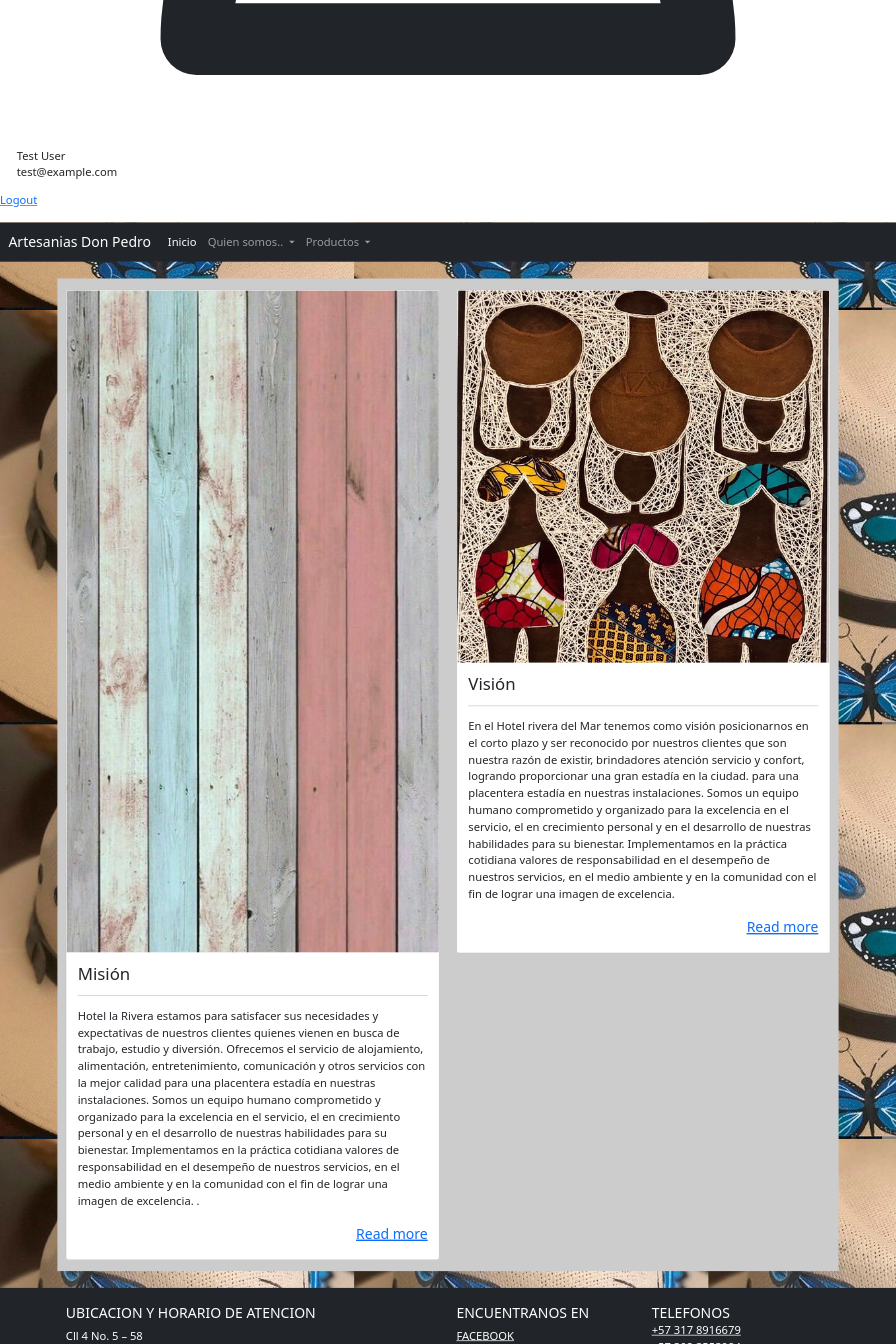
Repository: PG210/taller_artesania
Page: http://localhost/arte/mision
An editor plug-in stored every save of this project. The page is shown before and after the next save, followed by the edit.
The browser window is 1280 px wide. The pictures show the part of the page from y = 2517 to 4437 px (the page is 4589 px tall), at 70% of full size.
The page is served by the project's Laravel application, run on PHP 8.4 with Laravel 8. A made-up administrator, Test User (test@example.com), is signed in. Other server files are loaded and not shown.

Above is the page before, as saved 2021-01-14 15:11:23.

### routes/web.php
<?php

use Illuminate\Support\Facades\Route;
use App\Http\Controllers\Productos;

/*
|--------------------------------------------------------------------------
| Web Routes
|--------------------------------------------------------------------------
|
| Here is where you can register web routes for your application. These
| routes are loaded by the RouteServiceProvider within a group which
| contains the "web" middleware group. Now create something great!
|
*/

Route::get('/', function () {
    return view('welcome');
});
//ruta mision vision
Route::get('arte/vision', function () {
    return view('arte.vision');
});
//histortia
Route::get('arte/historia', function () {
    return view('arte.historia');
});
Route::get('arte/mision', function () {
    return view('arte.mision');
});

//ubicacion
Route::get('arte/ubicacion', function () {
    return view('arte.ubicacion');
});
//productos
Route::get('/productos', [Productos::class, 'index']);

Route::get('/dashboard', function () {
    return view('dashboard');
})->middleware(['auth'])->name('dashboard');

require __DIR__.'/auth.php';

### resources/views/arte/mision.blade.php

<body  style="background-color:#ccc" background="../img/6.jpg" style="background-repeat: no-repeat;   background-size: cover;">

    @extends('layouts.app')
@section('content')




<div class="container">

<div class="row">

    <!--tarjeta 1 mision hotel-->
  <div class="col-lg-6"  style="background-color:#ccc">

    <p><!-- Card Dark -->
        <div class="card">

          <!-- Card image -->
          <div class="view overlay">
            <img class="card-img-top" src="../img/3.jpg"
              alt="Card image cap">
            <a>
              <div class="mask rgba-white-slight"></div>
            </a>
          </div>

          <!-- Card content -->
          <div class="card-body elegant-color white-text rounded-bottom">

            <!-- Social shares button -->
            <a class="activator waves-effect mr-4"><i class="fas fa-share-alt white-text"></i></a>
            <!-- Title -->
            <h4 class="card-title">Misión</h4>
            <hr class="hr-light">
            <!-- Text -->
            <p class="card-text white-text mb-4">


                Hotel la Rivera estamos para satisfacer sus necesidades  y expectativas de nuestros clientes quienes vienen en busca de trabajo, estudio y diversión. Ofrecemos el servicio de alojamiento, alimentación, entretenimiento, comunicación y otros servicios con la mejor calidad para una placentera estadía en nuestras instalaciones.
                Somos un equipo humano comprometido y organizado para la excelencia en el servicio, el en crecimiento personal y en el desarrollo de nuestras habilidades para su bienestar.
                 Implementamos  en la práctica cotidiana valores de responsabilidad en el desempeño de nuestros  servicios, en el medio ambiente y en la comunidad con el fin de lograr una imagen de excelencia.
                 .</p>
            <!-- Link -->
            <a href="#!" class="white-text d-flex justify-content-end">
              <h5>Read more <i class="fas fa-angle-double-right"></i></h5>
            </a>

          </div>

        </div>
        <!-- Card Dark --></p>
  </div>



  <!--tarjeta dos vision-->
  <div class="col-lg-6"  style="background-color:#ccc">

    <p><!-- Card Dark -->
        <div class="card">

          <!-- Card image -->
          <div class="view overlay">
            <img class="card-img-top" src="../img/4.jpg"
              alt="Card image cap">
            <a>
              <div class="mask rgba-white-slight"></div>
            </a>
          </div>

          <!-- Card content -->
          <div class="card-body elegant-color white-text rounded-bottom">

            <!-- Social shares button -->
            <a class="activator waves-effect mr-4"><i class="fas fa-share-alt white-text"></i></a>
            <!-- Title -->
            <h4 class="card-title">Visión</h4>
            <hr class="hr-light">
            <!-- Text -->
            <p class="card-text white-text mb-4">
                En el Hotel rivera del Mar tenemos como visión posicionarnos en el corto plazo  y ser reconocido por nuestros clientes que son nuestra razón de existir, brindadores atención servicio y confort, logrando proporcionar una gran estadía en la ciudad.
                para una placentera estadía en nuestras instalaciones.
                Somos un equipo humano comprometido y organizado para la excelencia en el servicio, el en crecimiento personal y en el desarrollo de nuestras habilidades para su bienestar.
                Implementamos  en la práctica cotidiana valores de responsabilidad en el desempeño de nuestros  servicios, en el medio ambiente y en la comunidad con el fin de lograr una imagen de excelencia.
                 </p>
            <!-- Link -->
            <a href="#!" class="white-text d-flex justify-content-end">
              <h5>Read more <i class="fas fa-angle-double-right"></i></h5>
            </a>

          </div>

        </div>
        <!-- Card Dark --></p>
  </div>
</div>
</div>




</div>
@stop

</body>

### resources/views/layouts/app.blade.php
<!DOCTYPE html>
<html lang="{{ str_replace('_', '-', app()->getLocale()) }}">
    <head>
        <meta charset="utf-8">
        <meta name="viewport" content="width=device-width, initial-scale=1">
        <meta name="csrf-token" content="{{ csrf_token() }}">

        <title>{{ config('app.name', 'Laravel') }}</title>

        <!-- Fonts -->
        <link rel="stylesheet" href="https://fonts.googleapis.com/css2?family=Nunito:wght@400;600;700&display=swap">
        <link href="{{ url('/assets/bootstrap/css/bootstrap.min.css') }}" rel="stylesheet">
        <!-- Styles -->
        <link rel="stylesheet" href="{{ asset('css/app.css') }}">

        <!-- Scripts -->
        <script src="{{ asset('js/app.js') }}" defer></script>


    </head>

    <body class="font-sans antialiased">
        <div class="min-h-screen bg-gray-100">
            @include('layouts.navigation')

            <nav class="navbar navbar-expand-lg navbar navbar-dark bg-dark">
  <div class="container-fluid">
    <a class="navbar-brand" href="#">Artesanias Don Pedro</a>
    <button class="navbar-toggler" type="button" data-bs-toggle="collapse" data-bs-target="#navbarNavDropdown" aria-controls="navbarNavDropdown" aria-expanded="false" aria-label="Toggle navigation">
      <span class="navbar-toggler-icon"></span>
    </button>
    <div class="collapse navbar-collapse" id="navbarNavDropdown">
      <ul class="navbar-nav">
        <li class="nav-item">
          <a class="nav-link active" aria-current="page" href="#">Inicio</a>
        </li>


        <li class="nav-item dropdown">
          <a class="nav-link dropdown-toggle" href="#" id="navbarDropdownMenuLink" role="button" data-bs-toggle="dropdown" aria-expanded="false">
            Quien somos..
          </a>
          <ul class="dropdown-menu" aria-labelledby="navbarDropdownMenuLink">
            <li><a class="dropdown-item" href="{{url('/arte/mision')}}">Mision</a></li>
            <li><a class="dropdown-item" href="{{url('/arte/vision')}}">Vision</a></li>
            <li><a class="dropdown-item" href="{{url('/arte/ubicacion')}}">Ubicacion</a></li>
            <li><a class="dropdown-item" href="{{url('/arte/historia')}}">Historia</a></li>
          </ul>
        </li>

        <li class="nav-item dropdown">
          <a class="nav-link dropdown-toggle" href="#" id="navbarDropdownMenuLink" role="button" data-bs-toggle="dropdown" aria-expanded="false">
            Productos
          </a>
          <ul class="dropdown-menu" aria-labelledby="navbarDropdownMenuLink">
            <li><a class="dropdown-item" href="{{url('/productos')}}">Sombreros</a></li>
            <li><a class="dropdown-item" href="#">Mochilas</a></li>
            <li><a class="dropdown-item" href="#">Tejidos</a></li>
            <li><a class="dropdown-item" href="#">Visuterias</a></li>
            <li><a class="dropdown-item" href="#">Ofertas</a></li>
          </ul>
        </li>
      </ul>
    </div>
  </div>
</nav>
<br>
            <!-- Page Heading -->
            <div class="container">
           @yield('content')
           </div>
        </div>
<!--footer-->
<br>
        <footer class="bg-dark text-white text-center text-lg-start">
  <!-- Grid container -->
  <div class="container p-4">
    <!--Grid row-->
    <div class="row">
      <!--Grid column-->
      <div class="col-lg-6 col-md-12 mb-4 mb-md-0">
        <h5 class="text-uppercase">Ubicacion y Horario de Atencion</h5>

        <p>
        <bFooterr>
        Cll 4 No. 5 – 58<br>
        Barrio Las Aguas, Sandona, Nariño-Colombia
        Lunes a viernes 8:00 Am - 11:00 Pm
        </p>
      </div>
      <!--Grid column-->

      <!--Grid column-->
      <div class="col-lg-3 col-md-6 mb-4 mb-md-0">
        <h5 class="text-uppercase">Encuentranos en</h5>

        <ul class="list-unstyled mb-0">
          <li>
            <a href="#!" class="text-white">FACEBOOK</a>
          </li>
          <li>
            <a href="#!" class="text-white">INSTAGRAM</a>
          </li>
          <li>
            <a href="#!" class="text-white">TWITER</a>
          </li>
          <li>
            <a href="#!" class="text-white">PINTEREST</a>
          </li>
        </ul>
      </div>
      <!--Grid column-->

      <!--Grid column-->
      <div class="col-lg-3 col-md-6 mb-4 mb-md-0">
        <h5 class="text-uppercase mb-0">TELEFONOS</h5>

        <ul class="list-unstyled">
          <li>
            <a href="#!" class="text-white">+57 317 8916679</a>
          </li>
          <li>
            <a href="#!" class="text-white">+57 302 3553984</a>
          </li>
          <li>
            <a href="#!" class="text-white">+57 318 4409594</a>
          </li>

        </ul>
      </div>
      <!--Grid column-->
    </div>
    <!--Grid row-->
  </div>
  <!-- Grid container -->

  <!-- Copyright -->
  <div class="text-center p-3" style="background-color: rgba(0, 0, 0, 0.2)">
    © 2020 Copyright:
    <a class="text-white" href="https://mdbootstrap.com/">MDBootstrap.com</a>
  </div>
  <!-- Copyright -->
</footer>
<!--end footer-->



        <script src="https://code.jquery.com/jquery-3.5.1.slim.min.js" integrity="sha384-DfXdz2htPH0lsSSs5nCTpuj/zy4C+OGpamoFVy38MVBnE+IbbVYUew+OrCXaRkfj" crossorigin="anonymous"></script>
        <script src="https://cdn.jsdelivr.net/npm/popper.js@1.16.1/dist/umd/popper.min.js" integrity="sha384-9/reFTGAW83EW2RDu2S0VKaIzap3H66lZH81PoYlFhbGU+6BZp6G7niu735Sk7lN" crossorigin="anonymous"></script>
       <script type="text/javascript" src="{{ url('/assets/bootstrap/js/bootstrap.min.js') }}"></script>
    </body>
</html>

### resources/views/layouts/navigation.blade.php
<nav x-data="{ open: false }" class="bg-white border-b border-gray-100">
    <!-- Primary Navigation Menu -->
    <!--aqui cambiar-->
    <div class=" navbar-dark bg-indigo">
        <div class="flex justify-between h-16">
            <div class="flex">
                <!-- Logo -->
                <div class="flex-shrink-0 flex items-center">
                    <a href="{{ route('dashboard') }}">
                        <x-application-logo class="block h-10 w-auto fill-current text-gray-600" />
                    </a>
                </div>

                <!-- Navigation Links -->
                <div class="hidden space-x-8 sm:-my-px sm:ml-10 sm:flex">
                    <x-nav-link :href="route('dashboard')" :active="request()->routeIs('dashboard')">
                        {{ __('Bienvenidos! Tienda Virtual') }}
                    </x-nav-link>
                </div>
            </div>

            <!-- Settings Dropdown -->
            <div class="hidden sm:flex sm:items-center sm:ml-6">
                <x-dropdown align="right" width="48">
                    <x-slot name="trigger">
                        <button class="flex items-center text-sm font-medium text-gray-500 hover:text-gray-700 hover:border-gray-300 focus:outline-none focus:text-gray-700 focus:border-gray-300 transition duration-150 ease-in-out">
                            <div>{{ Auth::user()->name }}</div>

                            <div class="ml-1">
                                <svg class="fill-current h-4 w-4" xmlns="http://www.w3.org/2000/svg" viewBox="0 0 20 20">
                                    <path fill-rule="evenodd" d="M5.293 7.293a1 1 0 011.414 0L10 10.586l3.293-3.293a1 1 0 111.414 1.414l-4 4a1 1 0 01-1.414 0l-4-4a1 1 0 010-1.414z" clip-rule="evenodd" />
                                </svg>
                            </div>
                        </button>
                    </x-slot>

                    <x-slot name="content">
                        <!-- Authentication -->
                        <form method="POST" action="{{ route('logout') }}">
                            @csrf

                            <x-dropdown-link :href="route('logout')"
                                    onclick="event.preventDefault();
                                                this.closest('form').submit();">
                                {{ __('Logout') }}
                            </x-dropdown-link>
                        </form>
                    </x-slot>
                </x-dropdown>
            </div>

            <!-- Hamburger -->
            <div class="-mr-2 flex items-center sm:hidden">
                <button @click="open = ! open" class="inline-flex items-center justify-center p-2 rounded-md text-gray-400 hover:text-gray-500 hover:bg-gray-100 focus:outline-none focus:bg-gray-100 focus:text-gray-500 transition duration-150 ease-in-out">
                    <svg class="h-6 w-6" stroke="currentColor" fill="none" viewBox="0 0 24 24">
                        <path :class="{'hidden': open, 'inline-flex': ! open }" class="inline-flex" stroke-linecap="round" stroke-linejoin="round" stroke-width="2" d="M4 6h16M4 12h16M4 18h16" />
                        <path :class="{'hidden': ! open, 'inline-flex': open }" class="hidden" stroke-linecap="round" stroke-linejoin="round" stroke-width="2" d="M6 18L18 6M6 6l12 12" />
                    </svg>
                </button>
            </div>
        </div>
    </div>

    <!-- Responsive Navigation Menu -->
    <div :class="{'block': open, 'hidden': ! open}" class="hidden sm:hidden">
        <div class="pt-2 pb-3 space-y-1">
            <x-responsive-nav-link :href="route('dashboard')" :active="request()->routeIs('dashboard')">
                {{ __('Dashboard') }}
            </x-responsive-nav-link>
        </div>

        <!-- Responsive Settings Options -->
        <div class="pt-4 pb-1 border-t border-gray-200">
            <div class="flex items-center px-4">
                <div class="flex-shrink-0">
                    <svg class="h-10 w-10 fill-current text-gray-400" xmlns="http://www.w3.org/2000/svg" fill="none" viewBox="0 0 24 24" stroke="currentColor">
                        <path stroke-linecap="round" stroke-linejoin="round" stroke-width="2" d="M16 7a4 4 0 11-8 0 4 4 0 018 0zM12 14a7 7 0 00-7 7h14a7 7 0 00-7-7z" />
                    </svg>
                </div>

                <div class="ml-3">
                    <div class="font-medium text-base text-gray-800">{{ Auth::user()->name }}</div>
                    <div class="font-medium text-sm text-gray-500">{{ Auth::user()->email }}</div>
                </div>
            </div>

            <div class="mt-3 space-y-1">
                <!-- Authentication -->
                <form method="POST" action="{{ route('logout') }}">
                    @csrf

                    <x-responsive-nav-link :href="route('logout')"
                            onclick="event.preventDefault();
                                        this.closest('form').submit();">
                        {{ __('Logout') }}
                    </x-responsive-nav-link>
                </form>
            </div>
        </div>
    </div>
</nav>

Loaded but not shown: routes/auth.php (common file); app/Models/User.php (common file); resources/views/components/application-logo.blade.php (common file); resources/views/components/nav-link.blade.php (common file); resources/views/components/dropdown-link.blade.php (common file); resources/views/components/dropdown.blade.php (common file); resources/views/components/responsive-nav-link.blade.php (common file); public/assets/bootstrap/css/bootstrap.min.css (library); public/assets/bootstrap/js/bootstrap.min.js (library); public/js/app.js (library)

After the next save:
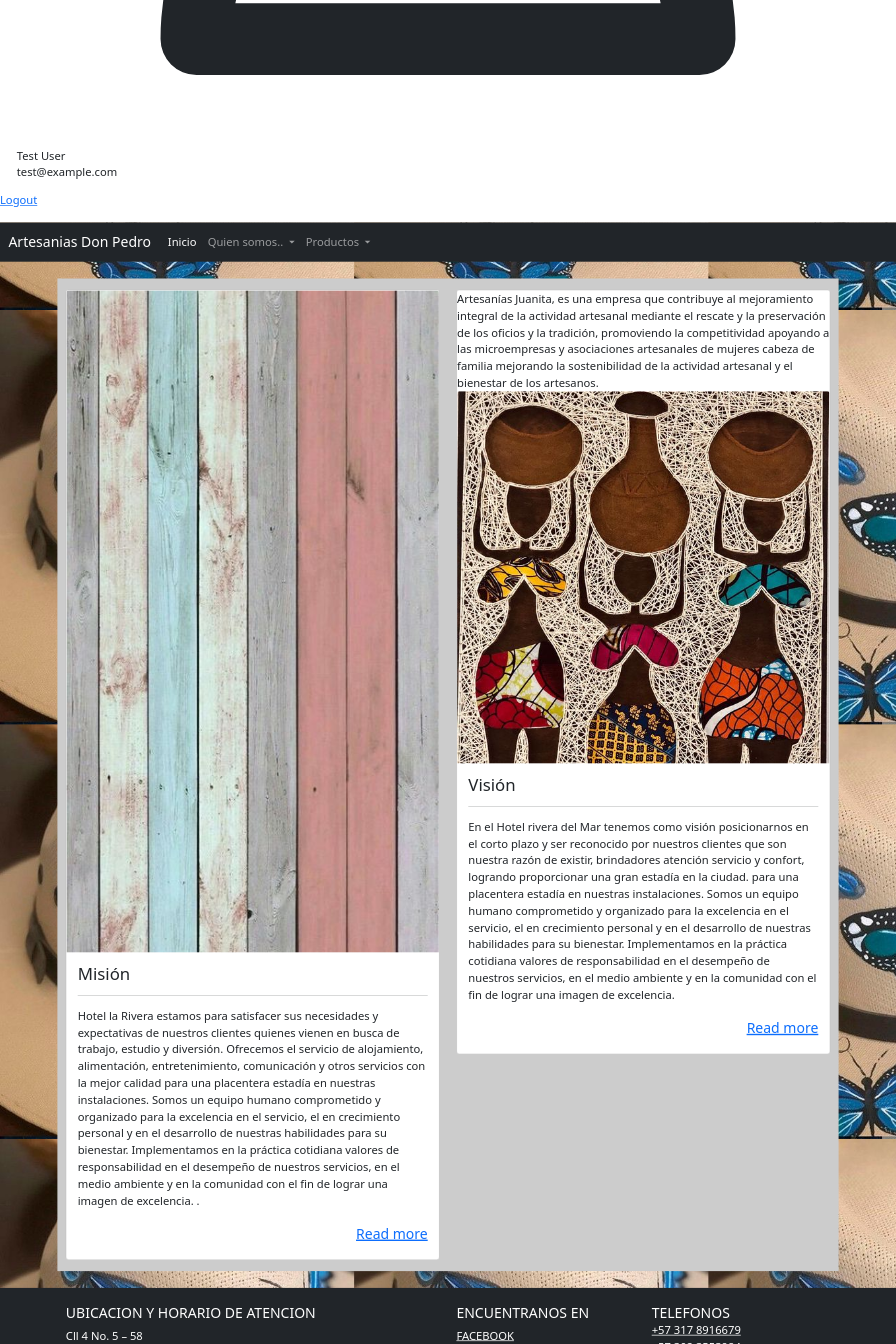
Saved 113 s later.
--- a/resources/views/arte/mision.blade.php
+++ b/resources/views/arte/mision.blade.php
@@ -63,6 +63,7 @@
 
           <!-- Card image -->
           <div class="view overlay">
+          Artesanías Juanita, es una empresa que contribuye al mejoramiento integral de la actividad artesanal mediante el rescate y la preservación de los oficios y la tradición, promoviendo la competitividad apoyando a las microempresas y asociaciones artesanales de mujeres cabeza de familia mejorando la sostenibilidad de la actividad artesanal y el bienestar de los artesanos.
             <img class="card-img-top" src="../img/4.jpg"
               alt="Card image cap">
             <a>
